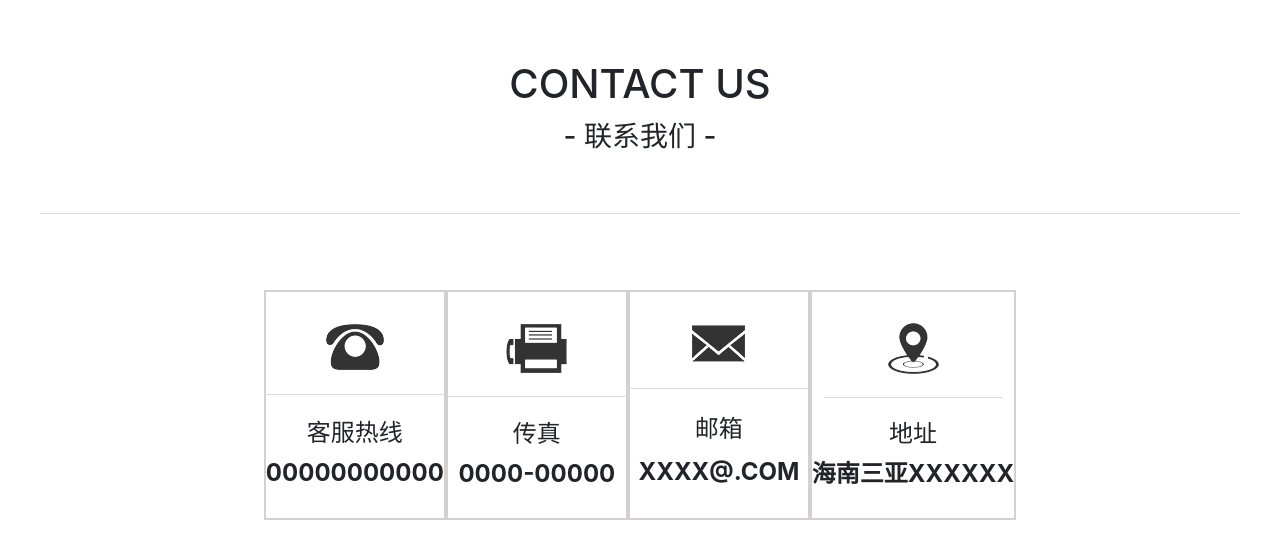
Repository: Noitom/Hadalsnailfish
Page: src/main/resources/static/html/connect.html
The author's editor kept a copy of each file at every save. The page is drawn from the files as they stood at one save, then again after the next save.
The browser window is 1280 px wide. The pictures show the whole page.

Above is the page before, as saved 2021-12-14 15:24:48.

After the next save:
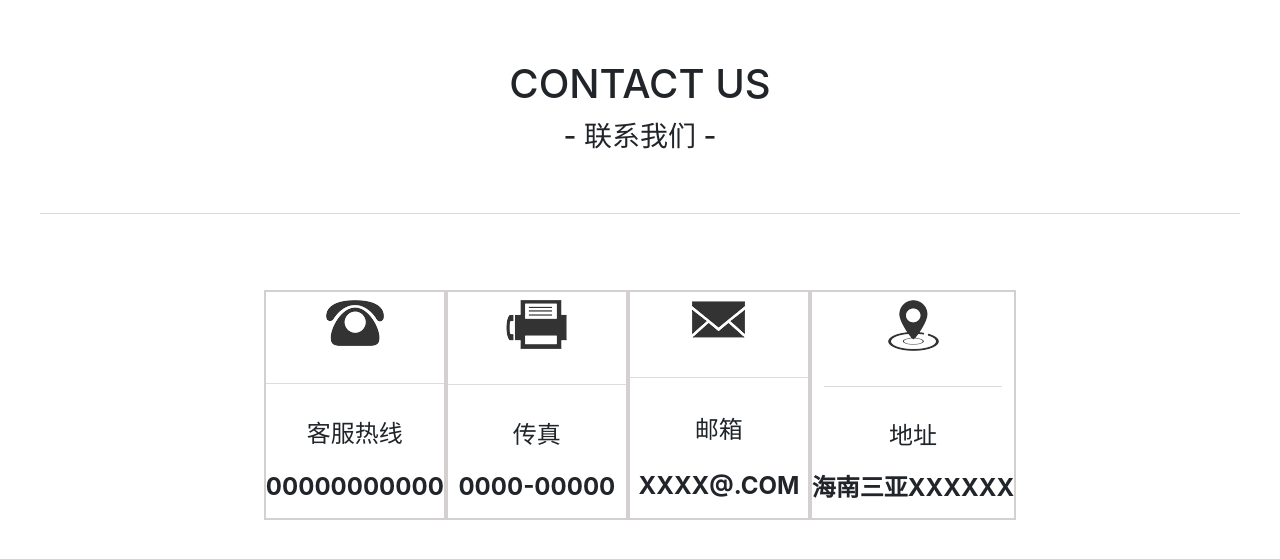
Saved 5 min 14 s later.
--- a/src/main/resources/static/html/connect.html
+++ b/src/main/resources/static/html/connect.html
@@ -49,8 +49,8 @@
 
             height: 230px;
             border: 2px solid #d4d0d0;
-            padding-top: 30px;
-            padding-bottom: 20px;
+            padding-top: 30px 20px 5px 5px
+            /* padding-bottom: 20px; */
         }
 
     </style>
